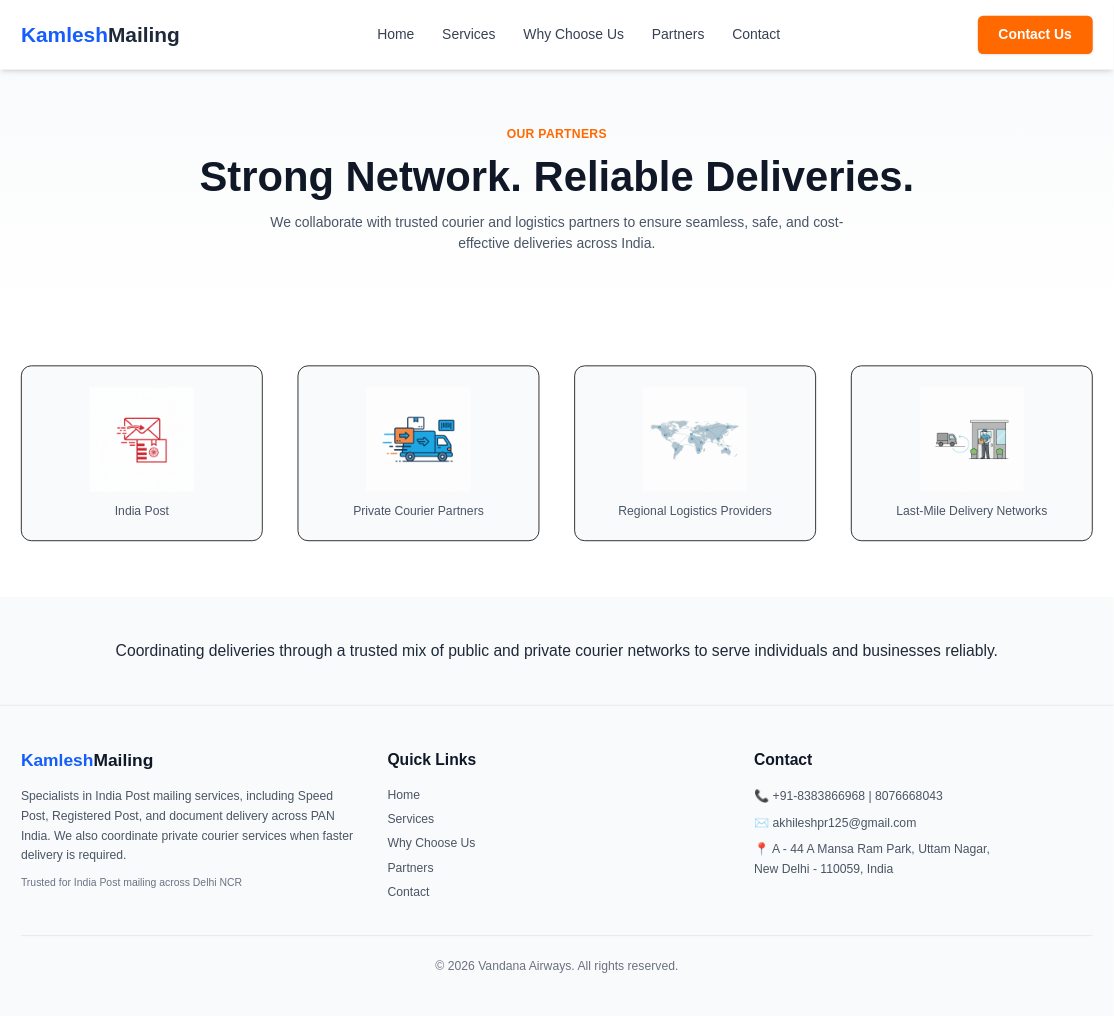
Repository: Rohit-foryou/Courier-Portfolio
Page: /partners
These files come from the project's save history. The page is drawn as it stood at one moment and after the next save; the edit follows.
The browser window is 1280 px wide. The pictures show the whole page, at 87% of full size.
The project was rebuilt for these pictures with package versions that can differ from the ones it lists, and the page was loaded fresh each time. The framework's server and built-in components were replaced by stand-ins that run in the browser. Also part of the build but not shown: next.config.ts.

Above is the page before, as saved 2026-02-11 01:11:36.

### app/layout.tsx
import "./globals.css";
import Navbar from "../components/Navbar";
import Footer from "../components/Fotter";

export const metadata = {
  title: "Courier Portfolio",
  description: "Courier & logistics service portfolio website",
};

export default function RootLayout({
  children,
}: {
  children: React.ReactNode;
}) {
  return (
    <html lang="en">
      <body>
        <Navbar />
        <main className="min-h-screen">{children}</main>
        <Footer />
      </body>
    </html>
  );
}

### app/partners/page.tsx
import Image from "next/image";

export default function PartnersPage() {
  const partners = [
    { name: "India Post", logo: "/images/img8.png" },
    { name: "Private Courier Partners", logo: "/images/img9.png" },
    { name: "Regional Logistics Providers", logo: "/images/img10.png" },
    { name: "Last-Mile Delivery Networks", logo: "/images/img11.png" },
  ];

  return (
    <>
      {/* HERO */}
      <section className="bg-gradient-to-b from-gray-50 to-white py-16">
        <div className="max-w-7xl mx-auto px-6 text-center">
          <p className="text-sm font-semibold text-orange-500 uppercase tracking-wide">
            Our Partners
          </p>
          <h1 className="mt-4 text-4xl md:text-5xl font-bold text-gray-900">
            Strong Network. Reliable Deliveries.
          </h1>
          <p className="mt-4 text-gray-600 max-w-2xl mx-auto">
            We collaborate with trusted courier and logistics partners to ensure
            seamless, safe, and cost-effective deliveries across India.
          </p>
        </div>
      </section>

      {/* PARTNERS GRID */}
      <section className="bg-white py-16">
        <div className="max-w-7xl mx-auto px-6">
          <div className="grid grid-cols-2 sm:grid-cols-3 md:grid-cols-4 gap-10 items-center">
            {partners.map((partner, i) => (
              <div
                key={i}
                className="
                  flex flex-col items-center justify-center
                  p-6 rounded-xl border bg-gray-50
                  hover:shadow-md hover:-translate-y-1
                  transition-all duration-300
                "
              >
                <Image
                  src={partner.logo}
                  alt={partner.name}
                  width={120}
                  height={60}
                  className="object-contain"
                />
                <p className="mt-3 text-sm text-gray-600 text-center">
                  {partner.name}
                </p>
              </div>
            ))}
          </div>
        </div>
      </section>

      {/* TRUST STRIP */}
      <section className="bg-gray-50 py-12">
        <div className="max-w-7xl mx-auto px-6 text-center">
          <p className="text-lg font-medium text-gray-800">
            Coordinating deliveries through a trusted mix of public and private
            courier networks to serve individuals and businesses reliably.
          </p>
        </div>
      </section>
    </>
  );
}

### components/Navbar.tsx
import Link from "next/link";

export default function Navbar() {
  return (
    <nav className="w-full bg-white sticky top-0 z-50 shadow-md">
      <div className="max-w-7xl mx-auto px-6">
        <div className="flex items-center justify-between h-20">

          {/* Logo */}
          <Link href="/" className="flex items-center">
            <span className="text-2xl font-bold text-blue-600">
              Kamlesh<span className="text-gray-800">Mailing</span>
            </span>
          </Link>

          {/* Navigation Links */}
          <div className="hidden md:flex items-center space-x-8 text-gray-700 font-medium">
            {["Home", "Services", "Why Choose Us", "Partners", "Contact"].map(
              (item) => (
                <Link
                  key={item}
                  href={item === "Home" ? "/" : `/${item.toLowerCase().replace(/\s/g, "-")}`}
                  className="relative hover:text-blue-600 transition after:absolute after:left-0 after:-bottom-1 after:w-0 after:h-[2px] after:bg-orange-500 hover:after:w-full after:transition-all"
                >
                  {item}
                </Link>
              )
            )}
          </div>

          {/* CTA Button */}
          <Link
            href="/contact"
            className="bg-orange-500 text-white px-6 py-2.5 rounded-md font-semibold hover:bg-orange-600 transition shadow-sm"
          >
Contact Us          </Link>
        </div>
      </div>
    </nav>
  );
}

### components/Fotter.tsx
import Link from "next/link";

export default function Footer() {
  return (
    <footer className="bg-gray-50 border-t border-gray-200">
      <div className="max-w-7xl mx-auto px-6 py-12">
        <div className="grid grid-cols-1 md:grid-cols-3 gap-8">

          {/* Brand / About */}
          <div>
            <h3 className="text-xl font-bold text-blue-600">
              Kamlesh<span className="text-gray-900">Mailing</span>
            </h3>

            <p className="mt-4 text-gray-600 text-sm leading-relaxed">
              Specialists in India Post mailing services, including Speed Post,
              Registered Post, and document delivery across PAN India. We also
              coordinate private courier services when faster delivery is
              required.
            </p>

            <p className="mt-3 text-xs text-gray-500">
              Trusted for India Post mailing across Delhi NCR
            </p>
          </div>

          {/* Quick Links */}
          <div>
            <h4 className="text-lg font-semibold text-gray-900 mb-4">
              Quick Links
            </h4>
            <ul className="space-y-2 text-sm">
              {[
                { name: "Home", href: "/" },
                { name: "Services", href: "/services" },
                { name: "Why Choose Us", href: "/why-choose-us" },
                { name: "Partners", href: "/partners" },
                { name: "Contact", href: "/contact" },
              ].map((link) => (
                <li key={link.name}>
                  <Link
                    href={link.href}
                    className="
                      text-gray-600
                      hover:text-blue-600
                      hover:underline
                      underline-offset-4
                      transition
                    "
                  >
                    {link.name}
                  </Link>
                </li>
              ))}
            </ul>
          </div>

          {/* Contact Info */}
          <div>
            <h4 className="text-lg font-semibold text-gray-900">
              Contact
            </h4>
            <ul className="mt-4 space-y-2 text-gray-600 text-sm leading-relaxed">
              <li>📞 +91-8383866968 | 8076668043</li>
              <li>✉️ akhileshpr125@gmail.com</li>
              <li>
                📍 A - 44 A Mansa Ram Park, Uttam Nagar,
                <br />
                New Delhi - 110059, India
              </li>
            </ul>
          </div>
        </div>

        {/* Bottom Bar */}
        <div className="mt-10 border-t border-gray-200 pt-6 text-center text-sm text-gray-500">
          © {new Date().getFullYear()} Vandana Airways. All rights reserved.
        </div>
      </div>
    </footer>
  );
}

Loaded but not shown: app/globals.css (common file)

After the next save:
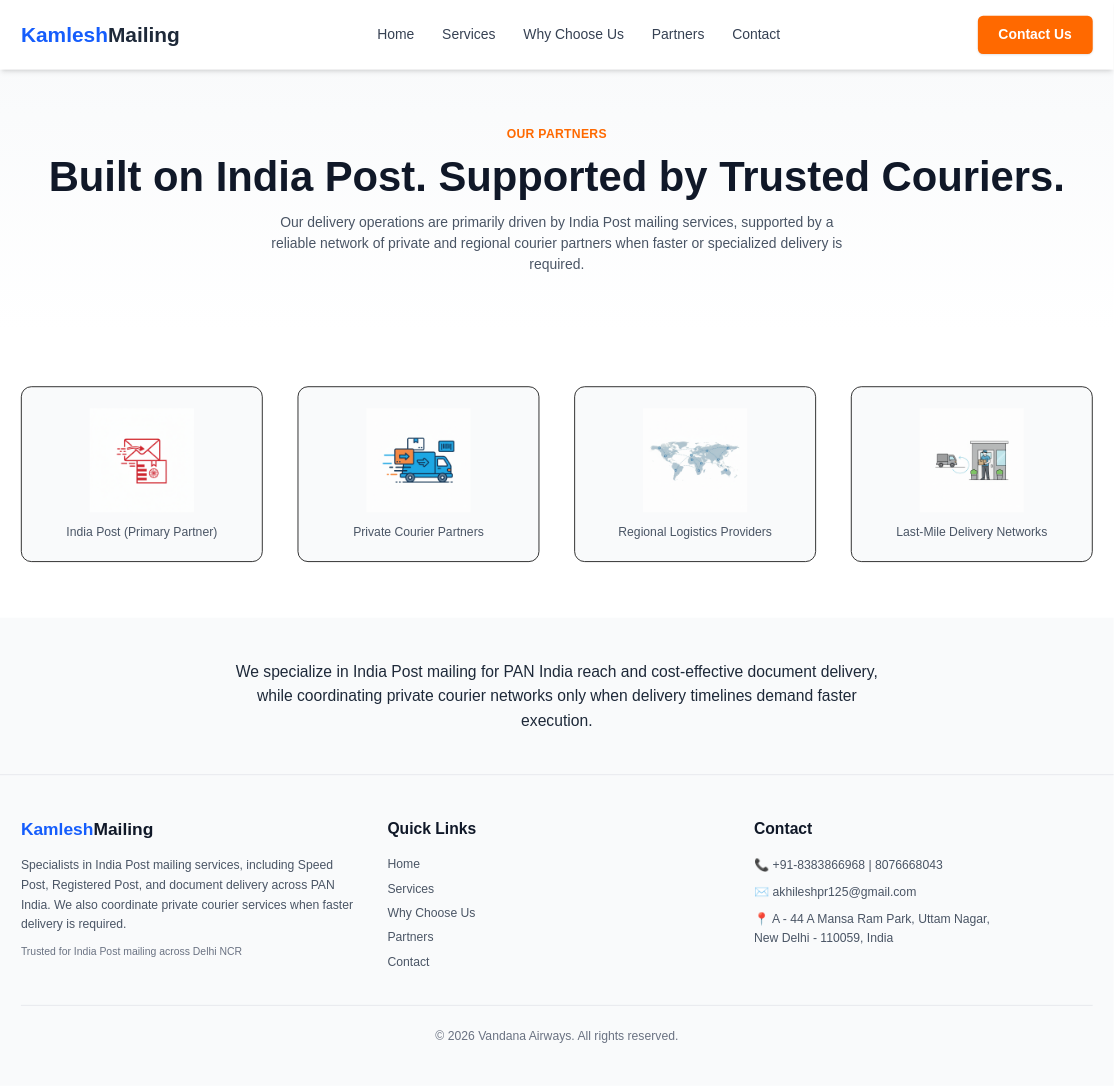
Saved 2 min 30 s later.
--- a/app/partners/page.tsx
+++ b/app/partners/page.tsx
@@ -2,7 +2,7 @@
 
 export default function PartnersPage() {
   const partners = [
-    { name: "India Post", logo: "/images/img8.png" },
+    { name: "India Post (Primary Partner)", logo: "/images/img8.png" },
     { name: "Private Courier Partners", logo: "/images/img9.png" },
     { name: "Regional Logistics Providers", logo: "/images/img10.png" },
     { name: "Last-Mile Delivery Networks", logo: "/images/img11.png" },
@@ -16,12 +16,15 @@
           <p className="text-sm font-semibold text-orange-500 uppercase tracking-wide">
             Our Partners
           </p>
+
           <h1 className="mt-4 text-4xl md:text-5xl font-bold text-gray-900">
-            Strong Network. Reliable Deliveries.
+            Built on India Post. Supported by Trusted Couriers.
           </h1>
+
           <p className="mt-4 text-gray-600 max-w-2xl mx-auto">
-            We collaborate with trusted courier and logistics partners to ensure
-            seamless, safe, and cost-effective deliveries across India.
+            Our delivery operations are primarily driven by India Post mailing
+            services, supported by a reliable network of private and regional
+            courier partners when faster or specialized delivery is required.
           </p>
         </div>
       </section>
@@ -59,9 +62,10 @@
       {/* TRUST STRIP */}
       <section className="bg-gray-50 py-12">
         <div className="max-w-7xl mx-auto px-6 text-center">
-          <p className="text-lg font-medium text-gray-800">
-            Coordinating deliveries through a trusted mix of public and private
-            courier networks to serve individuals and businesses reliably.
+          <p className="text-lg font-medium text-gray-800 max-w-3xl mx-auto">
+            We specialize in India Post mailing for PAN India reach and
+            cost-effective document delivery, while coordinating private courier
+            networks only when delivery timelines demand faster execution.
           </p>
         </div>
       </section>
